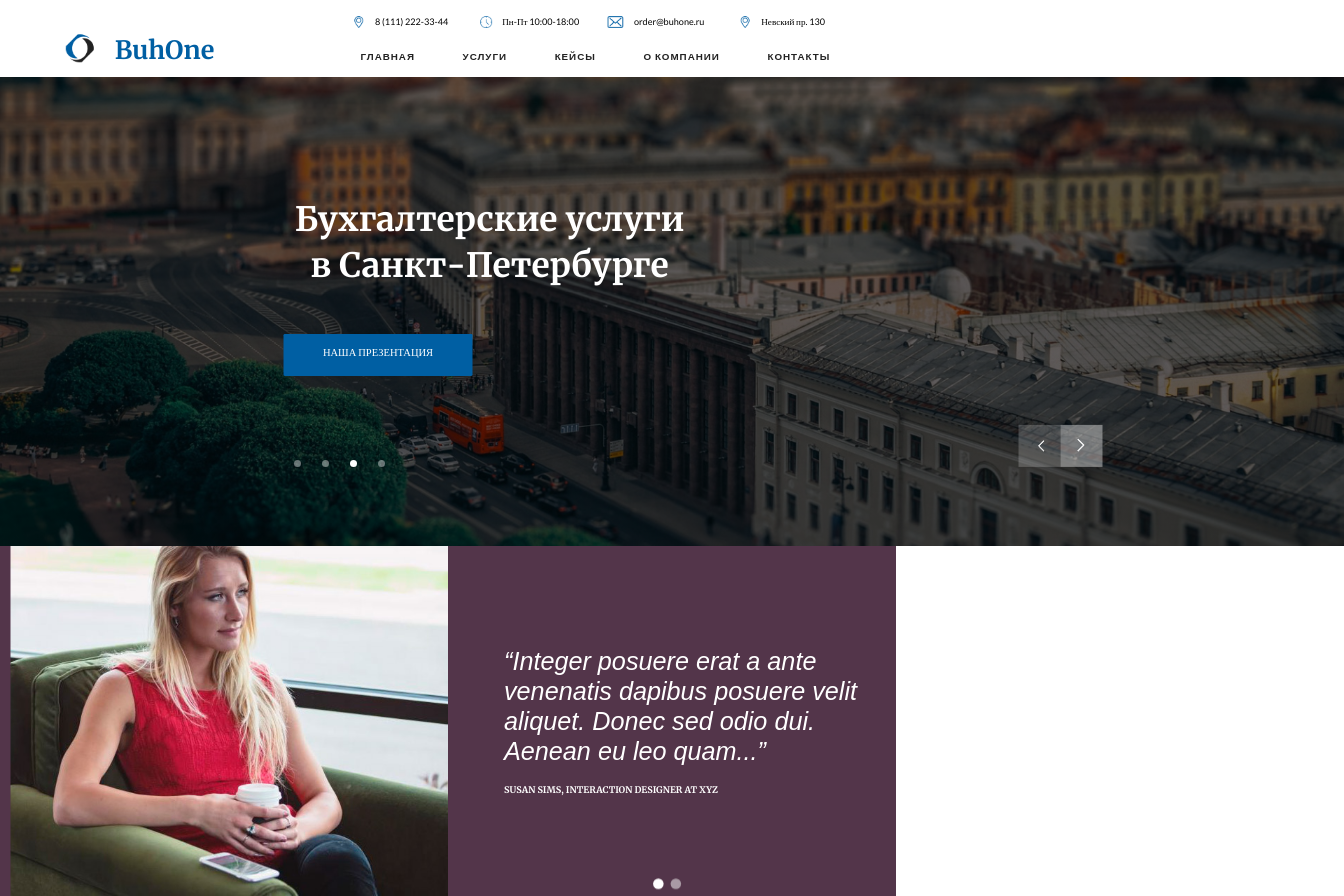
Repository: ZetsubouBilly/test
Page: index.html
The author's editor kept a copy of each file at every save. The page is drawn from the files as they stood at one save, then again after the next save.
The browser window is 1280 px wide. The page is 1920 px wide, so the pictures cover 1920 px, including what lies to the right of the window. The pictures show the part of the page from y = 0 to 1280 px (the page is 1597 px tall before and 2267 px after), at 70% of full size.

Above is the page before, as saved 2023-05-13 15:26:18.

After the next save:
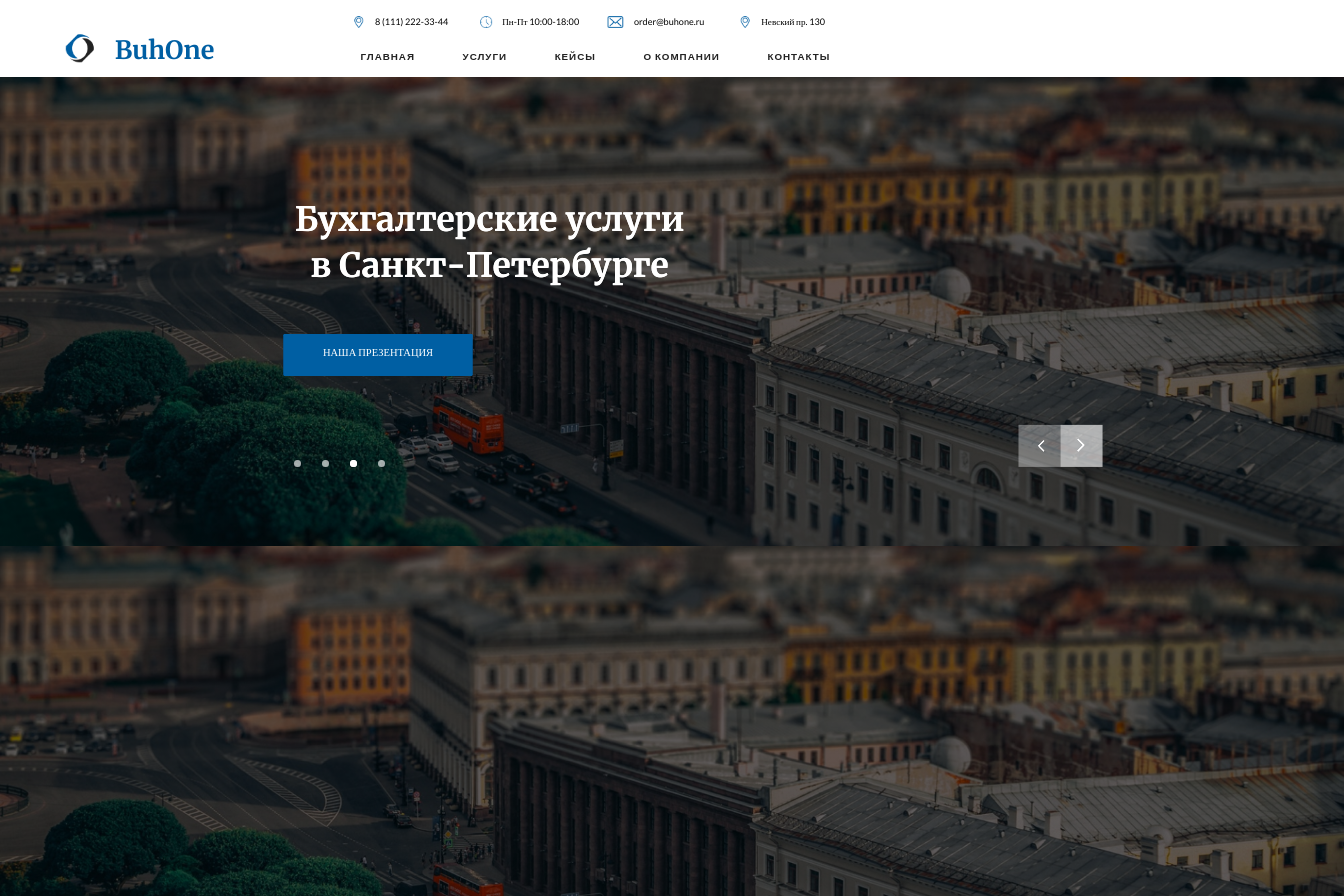
Saved 116 s later.
--- a/index.html
+++ b/index.html
@@ -111,7 +111,36 @@
     </div>
 </div>
 
-
+<div class="intro" id="intro">
+    <div class="container">
+        <div class="intro__inner">
+             <h1 class="intro__title">Бухгалтерские услуги в Санкт-Петербурге</h1>
+
+                 <a class="btn  btn--blue" href="">Наша презентация</a>
+                 <div class="slider__controls">
+                    <div class="slider__controls_dot"></div>
+                    <div class="slider__controls_dot"></div>
+                    <div class="slider__controls_dot active"></div>
+                    <div class="slider__controls_dot"></div>
+                 </div>
+
+                 <div class="slider_btn">
+                    <div class="slider__button slider__button-prev"></div>
+
+                     <svg width="9" height="60" stroke='white' viewBox="0 0 9 15" fill="white" xmlns="http://www.w3.org/2000/svg">
+                        <path d="M1.56397 7.49961L8.33822 0.725363C8.50482 0.558757 8.50482 0.29156 8.33822 0.124954C8.17161 -0.0416514 7.90442 -0.0416514 7.73781 0.124954L0.661789 7.20097C0.495183 7.36758 0.495183 7.63478 0.661789 7.80138L7.73781 14.8743C7.81954 14.956 7.92956 15 8.03644 15C8.14332 15 8.25334 14.9591 8.33508 14.8743C8.50168 14.7077 8.50168 14.4405 8.33508 14.2739L1.56397 7.49961Z" fill="white"/>
+                        </svg>
+                     <div class="slider__button slider__button-next active">
+
+                     </div>
+                     <svg width="67" height="60" stroke="white" viewBox="-33 -18 26 53" fill="none" xmlns="http://www.w3.org/2000/svg">
+                        <path d="M7.43599 7.50039L0.661751 14.2746C0.495145 14.4412 0.495145 14.7084 0.661751 14.875C0.828356 15.0417 1.09555 15.0417 1.26216 14.875L8.33818 7.79903C8.50479 7.63242 8.50479 7.36522 8.33818 7.19862L1.26216 0.125741C1.18043 0.0440098 1.0704 6.46293e-07 0.963525 6.55637e-07C0.856646 6.6498e-07 0.746623 0.0408666 0.664892 0.125741C0.498287 0.292346 0.498287 0.559543 0.664892 0.726148L7.43599 7.50039Z" fill="white"></path>
+                        </svg>
+                 </div>
+
+        </div>
+    </div>
+</div>
 
 
 
